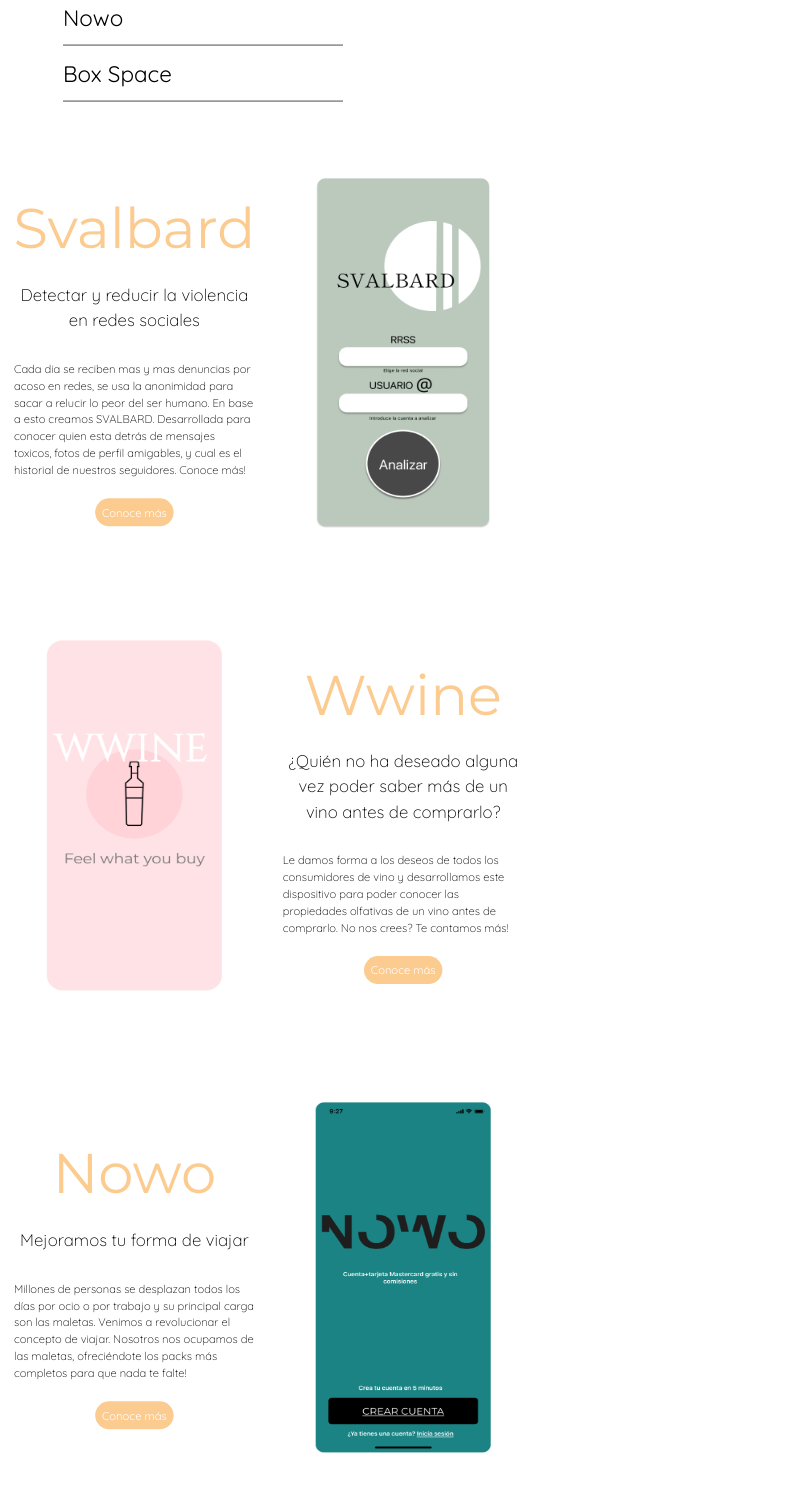
Repository: Marilyncabirta/portfolioHTML
Page: index.html
The author's editor kept a copy of each file at every save. The page is drawn from the files as they stood at one save, then again after the next save.
The browser window is 768 px wide. The page is 1147 px wide, so the pictures cover 1147 px, including what lies to the right of the window. The pictures show the part of the page from y = 1157 to 3317 px (the page is 4353 px tall before and 4265 px after), at 70% of full size.
Backgrounds fixed to the window are drawn as part of the page. Some web libraries are served in a nearby version.

Above is the page before, as saved 2022-12-16 12:40:59.

### index.html
<!DOCTYPE html>
<html lang="es">
<head>
    <meta charset="UTF-8">
    <meta name="viewport" content="width=device-width, initial-scale=1.0">
    <title>Portafolio AlexCG</title>
    <link rel="stylesheet" href="css/normalize.css">
    <link rel="stylesheet" href="css/estilos.css">
    <link rel="preconnect" href="https://fonts.googleapis.com">
<link rel="preconnect" href="https://fonts.gstatic.com" crossorigin>
<link href="https://fonts.googleapis.com/css2?family=Montserrat:wght@100;400;700&family=Quicksand:wght@300;400&display=swap" rel="stylesheet">
</head>


<body>

    <header class="hero">
        <div class="contenedor">
            <nav class="nav">
                <a href="" class="nav__items nav__items--cta">Proyectos</a>
                <a href="" class="nav__items">Sobre mí</a>
                <a href="" class="nav__items">Contáctame</a>
            </nav>

            <section class="hero__contenedor">
                <div class="hero__texts">
                    <h1 class="hero__title">Hola, soy Marilin Cabirta UX/UI designer</h1>
                    <h2 class="hero_subtitle">La necesidad de acercar diseños empáticos al usurio me hicieron querer ser diseñadora UX/UI. Querer emocionar con productos o servicios. Traspasar las pantallas.</h2>
                    <a href="" class="hero_cta">Contáctame</a>
                </div>
                <div class="contenedor_ilustraciones">
                    <img class="hero_image" src="assets/hero1.svg" alt="marilincabirta">
                </div>
            </section>
        </div>
        <div>
            <div class="hero_wave" style= "overflow:hidden;" ><svg viewBox="0 0 500 150" preserveAspectRatio="none" style="height: 100%; width: 100%;"><path d="M-0.56,130.76 C150.00,150.00 349.20,-49.99 503.38,30.10 L500.00,150.00 L0.00,150.00 Z" style="stroke: none; fill: #fff;"></path></svg></div>
        </div>
    </header>

    <main >
        <section class="presentacion__container">
            <h2 class="subtitle--h2">Mis Proyectos</h2>
            <div class="lista">
                <ul>
                    <li><a class="nombres" href="#">Svalbard<a></li>
                        <div class="linea"></div>
                    <li><a class="nombres" href="#">Wwine</a></li>
                        <div class="linea"></div>
                    <li><a class="nombres" href="#">Nowo</a></li>
                        <div class="linea"></div>
                    <li><a class="nombres" href="#">Box Space</a></li>
                        <div class="linea"></div>

                </ul>
            </div>
        </section>

        <section class="about__container">
            <div class="about__texts">
                <h2 class="subtitle">Svalbard</h2>
                <p class="about__paragraph">Detectar y reducir la violencia en redes sociales</p>
                <p class="about__content">Cada dia se reciben mas y mas denuncias por acoso en redes, se usa la anonimidad para sacar a relucir lo peor del ser humano. En base a esto creamos SVALBARD. Desarrollada para conocer quien esta detrás de mensajes toxicos, fotos de perfil amigables, y cual es el historial de nuestros seguidores. Conoce más!</p>
                <a class="about__button" href="">Conoce más</a>
            </div>
            <div class="about__img">
                <img class="about__picture" src="assets/LOG IN.png"   alt="">
            </div>
        </section>

        <section class="about__container">
            <div class="about__img">
                <img src="assets/wwine mockup.jpg" class="about__picture"alt="">
            </div>
            <div class="about__texts">
                <h2 class="subtitle">Wwine</h2>
                <p class="about__paragraph">¿Quién no ha deseado alguna vez poder saber más de un vino antes de comprarlo?</p>
                <p class="about__content">Le damos forma a los deseos de todos los consumidores de vino y desarrollamos este dispositivo para poder conocer las propiedades olfativas de un vino antes de comprarlo. No nos crees? Te contamos más!</p>
                <a class="about__button" href="">Conoce más</a>
            </div>

        </section>

        <section class="about__container">
            <div class="about__texts">
                <h2 class="subtitle">Nowo</h2>
                <p class="about__paragraph">Mejoramos tu forma de viajar</p>
                <p class="about__content">Millones de personas se desplazan todos los días por ocio o por trabajo y su principal carga son las maletas. Venimos a revolucionar el concepto de viajar. Nosotros nos ocupamos de las maletas, ofreciéndote los packs más completos para que nada te falte!</p>
                <a class="about__button" href="">Conoce más</a>
            </div>
            <div class="about__img">
                <img src="assets/Nowo by rebellion 1.jpg" class="about__picture" alt="">
            </div>
        </section>

        <section class="about__container">
            <div class="about__img">
                <img src="assets/mock uo.jpg" class="about__picture" alt="">
            </div>
            <div class="about__texts">
                <h2 class="subtitle">Box Space</h2>
                <p class="about__paragraph">Como conseguimos que haya más usuarios en los parques urbanos?</p>
                <p class="about__content">Esta App fue creada para mejorar la asistencia a los parques urbanos. En un mundo con prisas, acercamos la tecnología y la era digital a aquellos entornos naturales que nos encanta disfrutar, pero que todavía no nos permiten desarrollar todas nuestras facetas diarias cómodamente.Descúbrela!</p>
                <a class="about__button" href="">Conoce más</a>
            </div>

        </section>

    </main>

    <footer class="footer">
        <div container class="container footer__grid">
            <nav class="nav nav--footer">
                <a class="nav_items nav__items--footer" href="">Inicio </a>
                <a class="nav_items nav__items--footer" href="">Sobre mí</a>
                <a class="nav_items nav__items--footer" href="">Proyectos</a>
            </nav>

            <section class="footer__contact">
                <h3 class="footer__title"> Contáctame</h3>
                <div class="footer__icons">
                    <span class="footer__container-icons">
                        <a href="#" class="fab fa-medium footer__icon"></a>
                    </span>
                    <span class="footer__container-icons">
                        <a href="#" class="fab fa-linkedin footer__icon"></a>
                    </span>
                    <span class="footer__container-icons">
                        <a href="#" class="fab fa-mailchimp footer__icon"></a>
                    </span>

                </div>
            </section>



        </div>
    </footer>







    <script src="https://kit.fontawesome.com/b4fd9d412c.js" crossorigin="anonymous"></script>
</body>
</html>

### css/estilos.css

@import url('https://fonts.googleapis.com/css2?family=Montserrat:wght@100;400;700&family=Quicksand:wght@300;400&display=swap');


:root{
    --background:linear-gradient(120deg,#d57feb   0%,#fccb90 100%);
    --color-secondary:#fccb90;
    --color-primary: white;
    --boton-padding: 20px 40px;
}
body{

    font-family: 'Montserrat', sans-serif;
    font-family: 'Quicksand', sans-serif;
}

.hero{
    width: 100%;
    height: 1000px;
    background-image: var(--background);
    background-repeat: no-repeat;
    background-attachment: fixed;
    position: relative;
}

.contenedor{
  padding: 20px 0;

}
.hero__contenedor{
    width: 100%;
    display: grid;
    grid-template-columns: 1fr 1fr ;
    height: 100%;
    justify-content: space-evenly;
    align-items: center;
    padding-bottom: 50px;
    margin: 50px;

}


.contenedor_ilustraciones{
    width: 800px;
    height: auto;
    text-align: center;
    justify-content: center;
}

.hero__texts{
    width: 50%;
    height: inherit;
    color: white;
    margin-top: 20px;
    margin: 0 60px;
}
.hero_image{
    width: 70%
}

.hero_wave{
    position: absolute;
    bottom: 0;
    left: 0;
    height: 100px;
    width: 100%;
}

.nav{
    display: flex;
    justify-content: flex-end;
    height: 80px;
    align-items: right;
    font-weight: 700;
    margin-top: 30px;

}

.nav--footer{
    font-weight: 300;
    justify-content: flex-start;
}

.nav__items{
    color: white;
    text-decoration: none;
    font-size: 32px;
    padding: 20px 15px;
    margin-right: 40px;
    font-weight: inherit;
}

.nav__items--cta{
    border: 2px solid white;
    border-radius: 40px;
}

.nav__items:hover{
    text-decoration: underline;
}
.nav__items--footer{
    padding: 10px;
}



.hero_cta{
    display: inline-block;
    font-size: 24px;
    background-color: var(--color-primary);
    color: #fccb90;
    padding: 20px 40px;
    margin-top: 30px;
    border-radius: 40px;
    text-align: center;
    justify-content: center;
}

.hero__texts{
    width: 90%;
    margin: 40px;
}

.hero__title{
    font-size: 60px;
    margin-top: 80px;

}

.hero__subtitle{
    font-size: 2rem;
    font-weight: 400;
    margin: 20px 0;
}

/* presentacion proyectos */



.presentacion__container{
    width: 60%;
    height: auto;
    padding-top: 0;
    text-align: center;
    text-decoration: none;
    margin-left: 50px;
}

.subtitle{
    font-size: 56px;
    color:var(--color-secondary);
    padding-bottom: 10px;
    font-weight: 700;
    text-align: center;
    margin: 40px;
}
.subtitle--h2{
    font-size: 56px;
    color:var(--color-secondary);
    padding-bottom: 10px;
    font-weight: 700;
    text-align: center;
    margin: 60px 40px;
    text-align: left;
}

.presentacion__container li{
    font-size: 32px;
    margin-top: 10px;
    padding: 10px 0;
    text-decoration: none;
}

.lista li{
 text-decoration: none;
 list-style: none;
 text-align: left;

}

.lista a{
    text-decoration: none;
    color: black;

}

.lista li:hover{
    font-size: 3.5rem;
    transition: 1s;
}

.lista div{
    border-top: 1px solid black;
    height: 2px;
    max-width: 400px;
    padding: 0;
    margin: 10px 0 auto 0;

}

.about__container{
    width: 70%;
    min-height: 800px;
    max-width: 1300px;
    height: auto;
    display: grid;
    grid-template-columns: 1fr 1fr ;
    margin: 60px auto;
    background-color: var(--color-primary);
    align-items: center;

}

.about__texts{

    justify-content: center;
    text-align: left;
    margin: 20px ;

}
.about__img{
     justify-content: center;
    text-align: center;
    margin: 20px;

}

.subtitle{
    font-size: 80px;
    font-family: "Montserrat";
    font-weight: 400;
    margin: 10px auto;

}



.about__picture{
    width: 250px;
    height: 500px;
    max-height: 800px;
}

.about__paragraph{
    margin: 20px;
    line-height: 1.5;
    font-weight: 300;
    font-size: 24px;
}

.about__content{
    font-size: 16px;
    margin: 40px 20px;
    text-align: left;
    line-height: 1.5;
    font-weight: 300;
}

.about__button{
    margin: 60px 20px;
    padding: 10px 10px;
    background-color:var(--color-secondary);
    color: white;
    border-radius: 20px;
    text-align: center;
    text-decoration: none;
}

/* footer */

.footer{
    background:var(--background);
    padding-bottom: 40px;



}

.footer__grid{
    display: grid;
    grid-template-columns: 3fr 2fr;
    gap: 20px;
    align-items: center;
    margin: 40px;
}

.nav_items{
    text-decoration: none;
    color: white;
    font-size: 20px;
    margin:0 0 0 10px;
}

.footer__title{
    font-weight: 400;
    color: white;
    font-size:2rem ;
    margin-bottom: 20px;
    text-align: center;
}

.footer__icons{
    display: flex;
    justify-content: space-evenly;
    font-size: 32px;
}

.footer__container-icons{
    display: inline-block;
    width: 60px;
    height: 60px;
    color: white;
    text-align: center;
    border: 1px solid white;
    border-radius: 50%;

}

.footer__icon{
    color: white;
    text-decoration: none;
    font-size: 30px;

}

.fab.footer__icon{
line-height: 60px;
text-decoration: underline;
}


/* responsive design */

@media screen and (max-width:800px){
        :root{
            --botton-padding:18px 40px;
        }

        .nav{
            justify-content:space-between
        }
        .nav__items--cta{
            border: none;
        }

        .nav__items{
            color: white;
            text-decoration: none;
            font-size: 24px;
            padding: 10px 10px;
            margin-right: 10px;
            font-weight: inherit;
        }

        .nav__items--footer{
            border: none;
        }
        .hero{
            width: 100%;
        }

        .hero__texts{
            width: 100%;
            margin-bottom: 80px;
        }
        .hero__title{
            font-size: 2.5rem;
            margin-bottom: 20px;
        }

        .hero__subtitle{
            font-size: 1.5rem;
        }

        .hero{
            width: 100%;
            height: 800px;
            background-image: var(--background);
            background-repeat: no-repeat;
            background-attachment: fixed;
            position: relative;
        }

        .about__container{
            width: 100%;
            min-height: 600px;
        }
        .about__texts{
            width: 100%;
            justify-content: center;
            text-align: center;
            margin: 60px 0px;

        }

        .hero_image{
            width: 70%;
        }

        .presentacion__container{
            width: 80%;
        }

         .about__img{
            width: auto;
            text-align: center;
        }
    .footer{
        width: 100%;
    }
}


@media screen and (max-width:500px){

    :root{
        --botton-padding:15px 20px;
    }

    .hero{
        width: 100%;
        height: auto;
        position: relative;
    }
    .hero__contenedor{
        width: 100%;
        display: grid;
        grid-template-columns: 1fr;
        height: 100%;
        justify-content: center;
        align-items: center;
        padding-bottom: 80px;

    }
    .nav{
        flex-wrap: nowrap;
        justify-content: space-evenly;
        margin-top: 10px;

    }
    .nav__items--cta{
        border: none;
    }

    .nav__items{
        color: white;
        text-decoration: none;
        font-size: 20px;
        padding: 10px 20px;
        margin-right: 20px;

    }

    .nav__items--footer{
        border: none;
    }


    .hero__texts{
        margin-bottom: 50px;
        text-align: center;
    }
    .hero__title{
        font-size: 2rem;
        margin-bottom: 20px;
    }

    .hero__subtitle{
        font-size: 2rem;
        margin-bottom: 20px;
    }


    /* about */

    .subtitle{
        font-size: 2.5rem;
    }
    .about__paragraph{
        margin: 10px 10px;
        line-height: 1.5;
        font-weight: 300;
        font-size: 16px;
        text-align: left;
    }

    .about__content{
        font-size: 16px;
        margin: 10px 10px 40px 10px ;
        text-align: left;
        line-height: 1.5;
        font-weight: 300;
    }

    .nombres{
        font-size: 24px;
    }

    .about__container{
        width: 80%;
        min-height: 600px;
        height: auto;
        display: grid;
        margin: 20px auto;
        background-color: var(--color-primary);
        align-items: center;
     }

     .about__picture{
        width: 140px;
        height: 300px;
        max-height: 800px;

    }
     .contenedor_ilustraciones{
        width: 100%;
        height: auto;
        text-align: center;
        justify-content: center;
    }

    .about__texts:nth-child(2), :nth-child(4){
        grid-row: 1/2;
     }

     /* Footer */
     }

Loaded but not shown: css/normalize.css (library)

After the next save:
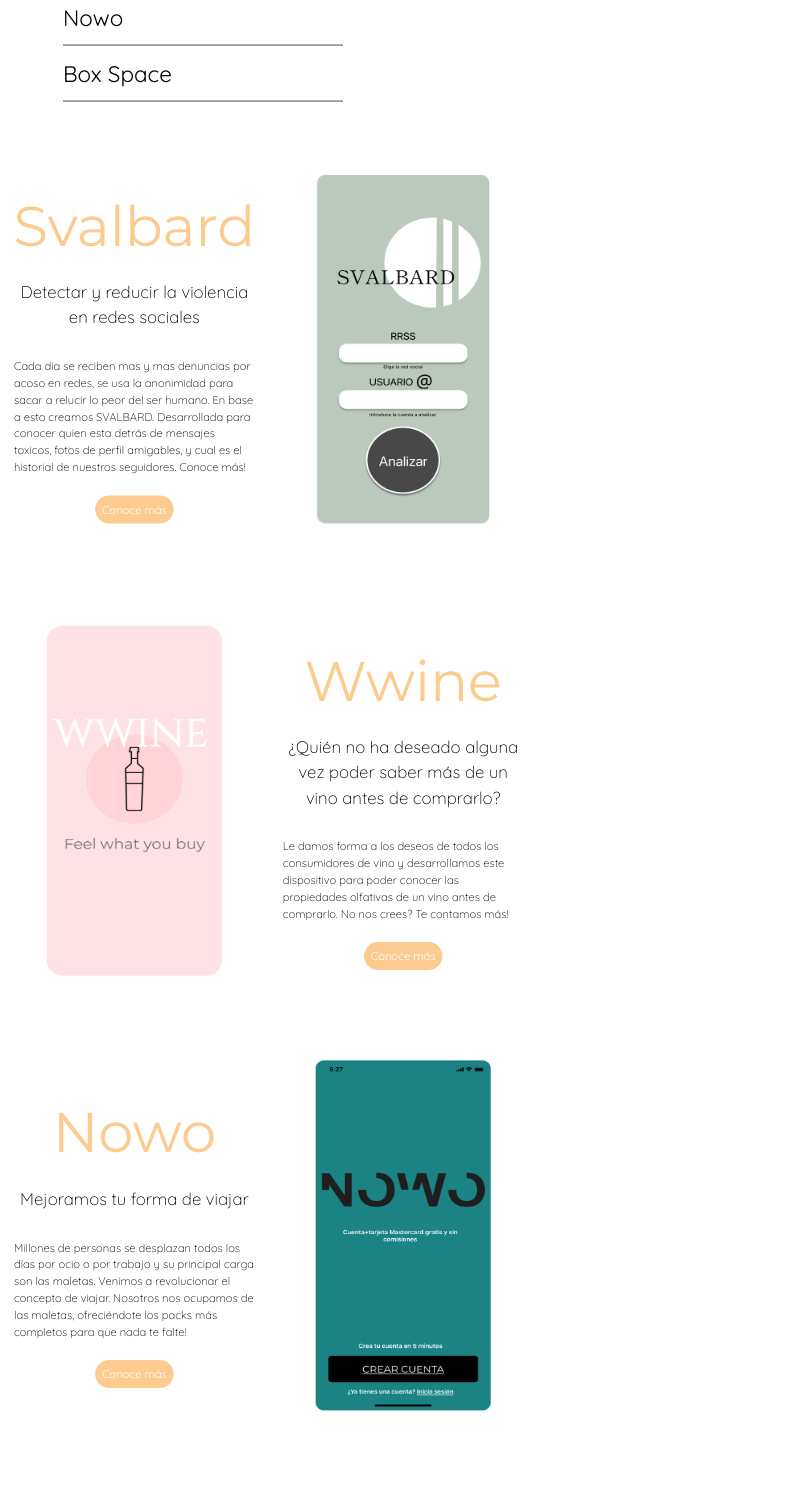
Saved 12 s later.
--- a/css/estilos.css
+++ b/css/estilos.css
@@ -383,7 +383,7 @@ text-decoration: underline;
 
         .about__container{
             width: 100%;
-            min-height: 600px;
+            min-height: 400px;
         }
         .about__texts{
             width: 100%;
